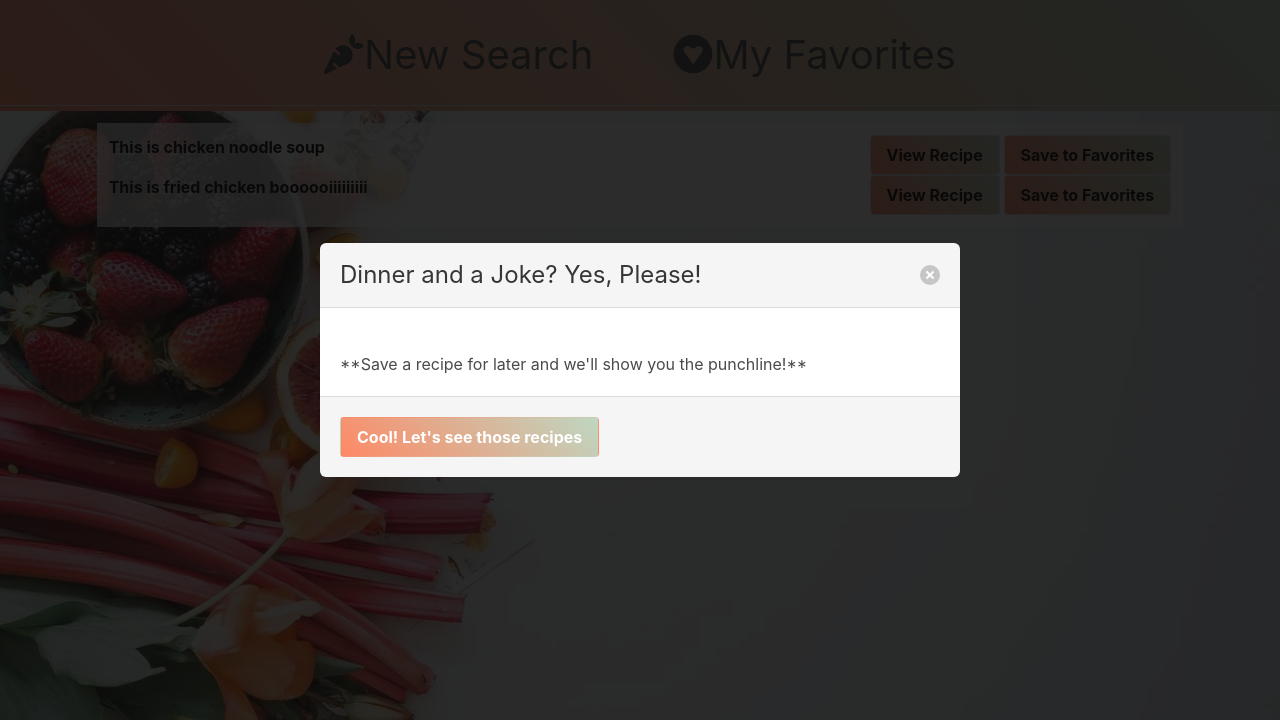
Repository: puakehaulani/the-hungry-app-proj1
Page: results.html
The author's editor kept a copy of each file at every save. The page is drawn from the files as they stood at one save, then again after the next save.
The browser window is 1280 px wide. The pictures show the window.
The page's requests for data from a server got no answer. A layer covers the whole window, so only the first screen is drawn. Some web libraries are served in a nearby version.

Above is the page before, as saved 2020-10-17 19:13:32.

### results.html
<!DOCTYPE html>
<html lang="en">

<head>
    <meta charset="UTF-8">
    <meta name="viewport" content="width=device-width, initial-scale=1.0">
    <title>Results</title>
    <!-- reset css -->
    <link rel="stylesheet" href="assets/style/reset.css">
    <!-- bulma cdn -->
    <link rel="stylesheet" href="https://cdnjs.cloudflare.com/ajax/libs/bulma/0.9.1/css/bulma.min.css">
    <!-- project css style sheet -->
    <link rel="stylesheet" href="assets/style/style.css">
</head>

<body>
    <nav class="tabs is-centered is-size-5-mobile is-size-3-tablet is-size-2-widescreen" role="navigation" aria-label="main navigation">
        <ul>
            <li>
                <!-- search new item link  -->
                <a href="index.html">
                    <span><i class="fas fa-carrot"></i></span>
                    <span>New Search</span>
                </a>
            </li>
            <li>
                <!-- link to favorites page on the left -->
                <a href="favorites.html">
                    <span><i class="fab fa-gratipay"></i></span>
                    <span>My Favorites</span>
                </a>
            </li>
        </ul>
    </nav>
    <div class="columns">
        <div class="column is-offset-1 is-10" id="resultsContentContainer">
            <ul id="display">
                <li>
                    This is chicken noodle soup
                    <div>
                    <a href="" class="button is-inverted is-outlined">View Recipe</a>
                    <button class="button saveBtn is-inverted is-outlined">Save to Favorites</button>
                    </div>
                </li>
                <li>
                    This is fried chicken boooooiiiiiiiii
                <div>
                        <a href="" class="button is-inverted is-outlined">View Recipe</a>
                        <button class="button saveBtn is-inverted is-outlined">Save to Favorites</button>
                    </div>
                </li>
            </ul>
        </div>
    </div>


    <!-- bulma fontawesome -->
    <script defer src="https://use.fontawesome.com/releases/v5.14.0/js/all.js"></script>
    <!-- jquery cdn -->
    <script src="https://code.jquery.com/jquery-3.5.1.min.js"
        integrity="sha256-9/aliU8dGd2tb6OSsuzixeV4y/faTqgFtohetphbbj0=" crossorigin="anonymous"></script>
    <!-- Our JS -->
    <script src="assets/script/results.js"></script>


    <!-- // all code below is for the modal /// -->
    <div class="modal is-active" id="test">
        <div class="modal-background"></div>
        <div class="modal-card">
            <header class="modal-card-head">
                <p class="modal-card-title">Dinner and a Joke? Yes, Please!</p>
                <button class="delete" aria-label="close"></button>
            </header>
            <section class="modal-card-body">
                <h1 id="setup"></h1>
                <br>
                <h3>**Save a recipe for later and we'll show you the punchline!**</h3>
            </section>
            <footer class="modal-card-foot">
                <button class="button is-success" id="showjokesetup">
                    Cool! Let's see those recipes
                </button>
            </footer>
        </div>
    </div>

    <!-- // all code ABOVE is for the modal /// -->
    <!--punchline modal below-->
    <div class="modal" id="punch">
        <div class="modal-background"></div>
        <div class="modal-card">
            <header class="modal-card-head">
                <p class="modal-card-title">Favorite saved! Here's your punchline:</p>
                <button class="delete" aria-label="close"></button>
            </header>
            <section class="modal-card-body">
                <h1 id="punchline"></h1>
            </section>
            <footer class="modal-card-foot">
                <button class="button is-success" id="closepunchline">
                    wow that was hilarious!
                </button>
            </footer>
        </div>
    </div>


</body>

</html>

### assets/style/style.css

html{
    background-image: url(images/foodOnSIde.jpg);
    background-size: cover;
    min-height: 800px;
    background-repeat: no-repeat;
}

.tabs{
    background-image: linear-gradient(45deg, #FE8965, #BED7C1) ;
    padding-bottom: 5px;
    padding-top: 5px;
    color: black !important;
}


.button{
    background-image: linear-gradient(45deg, #FE8965, #BED7C1) ;
    color: black;
    font-weight: bold;
}

.saveBtn{
    background-image: linear-gradient(45deg, #FE8965, #BED7C1) ;
    color: black;
}

/* Elements only in index html */

#indexInstructions{
    background-color: rgb(236,75,70, .75);
}

#indexInstructions p{
    font-weight: bold;
    color: white;
}

#ingredientSearch{
    display: inline-block;
}

th{
    background-image: linear-gradient(45deg, #FE8965, #BED7C1) ;
    color: black !important;
}


/* Elements that only exist on results html*/
#display {
    background-color: #FE8965, 0.55;
    color: black;
}

#resultsContentContainer {
    background-color: rgb(255, 255, 255, .7);
    color: rgb(76,75,75);
    font-weight: bolder;
    float: left;
}
#display li{
    display: flex;
    justify-content: space-between;
}






#favRecipes{
    min-height: 300px;
    color: black;
    background-color: rgb(256, 256, 256, .9);
    border-radius: 15px;
}

#favRecipes h1{
    background-image: linear-gradient(45deg, #FE8965, #BED7C1) ;
    border-radius: 10px;
}

#favJokes{
    min-height: 300px;
    color: black;
    background-color: rgb(256, 256, 256, .9);
    border-radius: 15px;
}

#favJokes h1{
    background-image: linear-gradient(45deg, #FE8965, #BED7C1) ;
    border-radius: 10px;
}

### assets/script/results.js
// ---List of API Keys available for spoonacular, must change in 2 locations---
// ---902b0ba573384b2d954de9933fd4c7ef
// ---65b67db8cfc84a6983b23e942fda13da
$(document).ready(function () {
    // -----GLOBAL VAR-----
    // string of user input ingredients from local storage
    let ingredientsString = localStorage.getItem("ingredients")
    console.log(ingredientsString);

    // -----build functions-----

    // ---build ingredient endpoint function---
    function buildIngredientsURL() {
        let ingredientsAPIURL = "https://api.spoonacular.com/recipes/findByIngredients?"
        let ingredientsParams = {
            //route to user input id for ingredients
            apiKey: "65b67db8cfc84a6983b23e942fda13da",
            //route to user input id for recipe type (query)
            ingredients: ingredientsString,
            // //route to user input id for number of results
            // number: "",
        };
        console.log(ingredientsAPIURL + $.param(ingredientsParams));
        return ingredientsAPIURL + $.param(ingredientsParams);
    }


    // show results function
    function showResults(responseli) {
        // -----build recipe url-----
        let $display = $("#display");
        $display.empty();
        for (i = 0; i < 10; i++) {
            let li = $("<li>");
            let viewBtn = $("<a>");
            let saveBtn = $("<button>");
            li.text(responseli[i].title);
            viewBtn.text("View Recipe");
            viewBtn.attr("class", "button is-inverted is-outlined");
            viewBtn.attr("target", "_blank")
            saveBtn.text("Save to Favorites");
            saveBtn.attr("class", "button is-inverted is-outlined saveBtn");

            li.append(viewBtn);
            li.append(saveBtn);
            $display.append(li);

            let recipeId = responseli[i].id;
            console.log(recipeId);
            let recipeAPI = "https://api.spoonacular.com/recipes/" + recipeId + "/information?apiKey=65b67db8cfc84a6983b23e942fda13da&includeNutrition=false";
            // ajax call to get url for recipe, commented out to preserve quota
            $.ajax({
                url: recipeAPI,
                method: "GET",
            }).then(function (response) {
                console.log(response);
                let responseLink = response.sourceUrl;
                console.log(responseLink);
                li.attr("data-link", responseLink);
                viewBtn.attr("href", responseLink);
            })
        }
    }


    // https://official-joke-api.appspot.com/random_joke
    // ----build URL function----


    let queryURL = "https://official-joke-api.appspot.com/random_joke";
    $.ajax({
        url: queryURL,
        method: "GET"
    }).then(function (response) {
        console.log(response.setup);
        console.log(response.punchline);
        $("#setup").text(response.setup)
        $("#punchline").text(response.punchline)
        localStorage.setItem("punchline", response.punchline)
        localStorage.setItem("setup", response.setup)
    });

    // event listener and handling for a user that doesn't want to see joke
    $("#nojoke").on("click", function () {
        console.log("no")
    });


    let test = document.querySelector("#test");
    let showjokesetup = document.querySelector("#showjokesetup");
    console.log(showjokesetup);
    showjokesetup.addEventListener("click", function () {
        test.classList.toggle("is-active");
    })



    // -----CALLS-----

    let ingredientAPI = buildIngredientsURL();
    //ajax call working, commented out to preserve quota
    $.ajax({
        url: ingredientAPI,
        method: "GET",
    }).then(function (response) {
        console.log(response);
        console.log("hello");
        showResults(response);

        // click function to close modal
        let closepunchline = document.querySelector("#closepunchline");
        console.log("lexilogclose " + closepunchline);
        closepunchline.addEventListener("click", function () {
            punch.classList.toggle("is-active");
        })
    })

    // click function for save btn, same format as for modal earlier //
    let punch = document.querySelector("#punch");
    let showpunchline = document.querySelector(".saveBtn");
    console.log("lexilog " + showpunchline);
    showpunchline.addEventListener("click", function () {
        punch.classList.toggle("is-active");
        console.log("lexilog2 " + localStorage.getItem("punchline"));
        $("#punchline").text(localStorage.getItem("punchline"));

        //these local storages needs work, this will currently just store one
        // localStorage.setItem("favetitle ", );
        // localStorage.setItem("favelink ", );
    })
});

Loaded but not shown: assets/style/reset.css (common file)

After the next save:
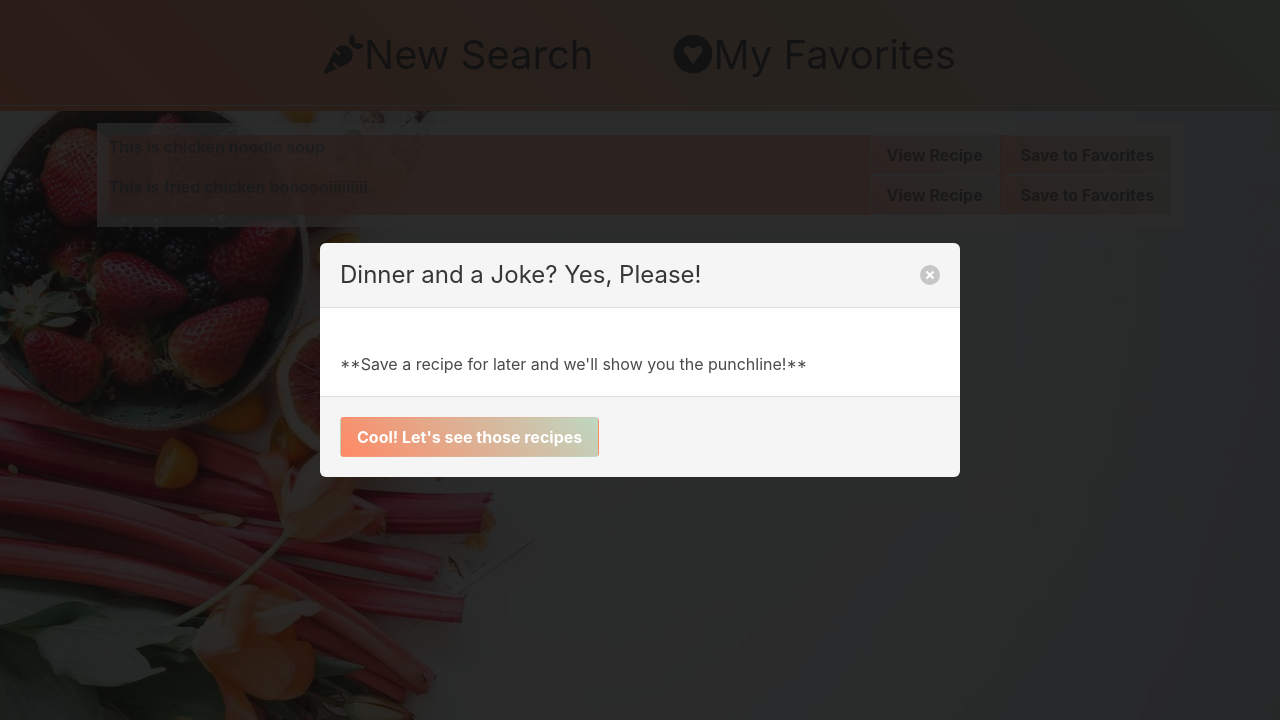
Saved 45 s later.
--- a/assets/style/style.css
+++ b/assets/style/style.css
@@ -47,10 +47,7 @@ th{
 
 
 /* Elements that only exist on results html*/
-#display {
-    background-color: #FE8965, 0.55;
-    color: black;
-}
+
 
 #resultsContentContainer {
     background-color: rgb(255, 255, 255, .7);
@@ -61,6 +58,8 @@ th{
 #display li{
     display: flex;
     justify-content: space-between;
+    background-color: #FE8965;
+    opacity: 0.55;
 }
 
 
